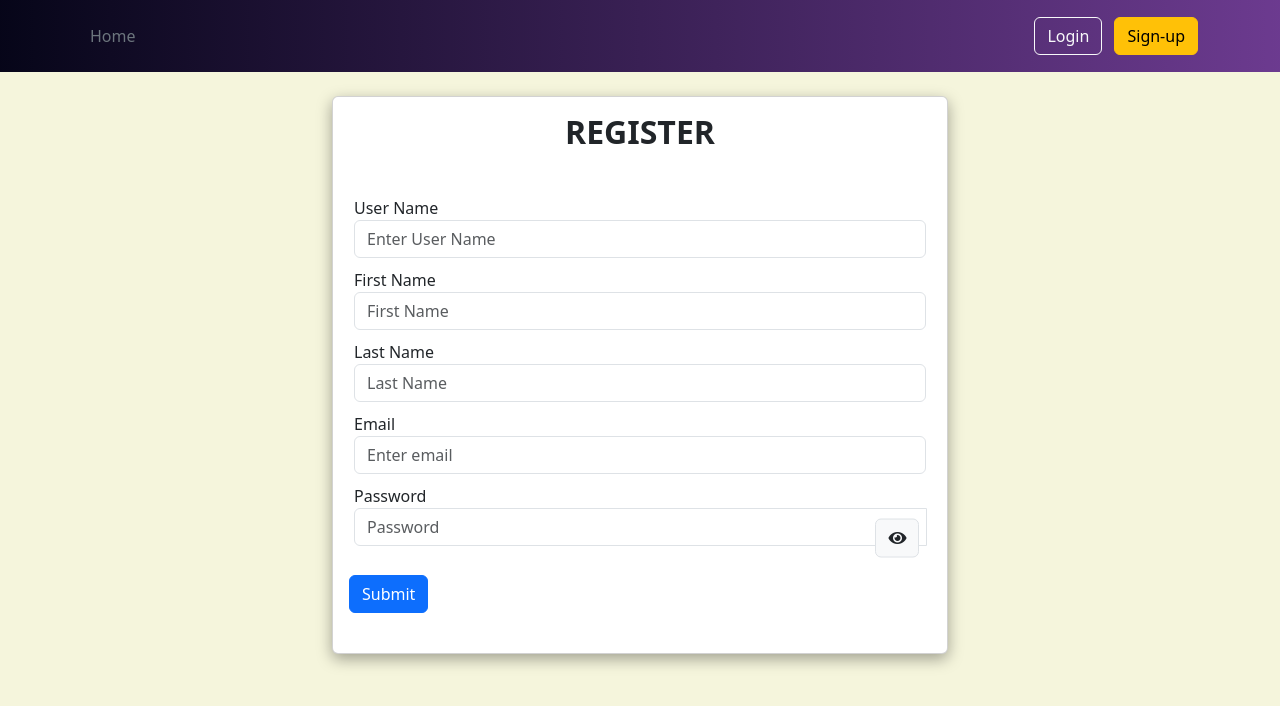
Repository: professorsourabh/php_membership
Page: http://localhost/MVC-Assignment/
The author's editor kept a copy of each file at every save. The page is drawn from the files as they stood at one save, then again after the next save.
The browser window is 1280 px wide. The pictures show the whole page.
Some web libraries are served in a nearby version. The page is run by PHP 8.4 with error messages shown; the project is at /var/www/html/.

Above is the page before, as saved 2023-07-09 15:40:06.

### index.php
<?php
session_start();
?>

<html lang="en">
<head>
    <meta charset="UTF-8">
    <meta name="viewport" content="width=device-width, initial-scale=1.0">
    <title>Assesment-Register</title>
    <link href="https://cdn.jsdelivr.net/npm/bootstrap@5.3.0/dist/css/bootstrap.min.css" rel="stylesheet" integrity="sha384-9ndCyUaIbzAi2FUVXJi0CjmCapSmO7SnpJef0486qhLnuZ2cdeRhO02iuK6FUUVM" crossorigin="anonymous">
    <link rel="stylesheet" href="https://cdnjs.cloudflare.com/ajax/libs/font-awesome/5.13.0/css/all.min.css">
    <link rel="stylesheet" href="index.css"></link>
</head>
<body>
    <header class="p-3 bg-dark text-white">
        <div class="container">
          <div class="d-flex flex-wrap align-items-center justify-content-center justify-content-lg-start">


            <ul class="nav col-12 col-lg-auto me-lg-auto mb-2 justify-content-center mb-md-0">
              <li><a href="#" class="nav-link px-2 text-secondary " >Home</a></li>

            </ul>

              <div class="text-end">
              <a type="button" class="btn btn-outline-light me-2" href="login.php">Login</a>
              <a type="button" class="btn btn-warning" href="index.php">Sign-up</a>
            </div>
          </div>
        </div>
      </header>
      <div class="container my-4 col-lg-6">
        <div class="card my-4" style="box-shadow: rgba(0, 0, 0, 0.35) 0px 5px 15px;">
            <div class="card-heading text-center my-3 mx-2">
                <h2 class="text-uppercase fw-bold">Register</h2>
            </div>
            <div class="card-body">
            <?php if (!empty($_SESSION['error_msg'])) { ?>
            <div class="error">
                <div class="alert alert-danger alert-dismissible fade show" role="alert">
                    <?php echo $_SESSION['error_msg']; ?>
                    <button type="button" class="btn-close" data-bs-dismiss="alert" aria-label="Close"></button>
                </div>
            </div>
            <?php
            unset($_SESSION['error_msg']);
        } ?>
         <?php if (!empty($_SESSION['success_msg'])) { ?>
            <div class="error">
                <div class="alert alert-success alert-dismissible fade show" role="alert">
                    <?php echo $_SESSION['success_msg']; ?>
                    <button type="button" class="btn-close" data-bs-dismiss="alert" aria-label="Close"></button>
                </div>
            </div>
            <?php
            unset($_SESSION['success_msg']);
        } ?>

        <form method="post" action="./controller/registerController.php">
            <div class="form-group">
                <label for="exampleInputusername">User Name</label>
                <input type="text" class="form-control" name="username" id="username" placeholder="Enter User Name">
              </div>

              <div class="form-group">
                <label for="exampleInputfirst_name">First Name</label>
                <input type="text" class="form-control" name="firstname" id="first_name" placeholder="First Name">
              </div>
              <div class="form-group">
                <label for="exampleInputlast_name">Last Name</label>
                <input type="text" name="lastname" class="form-control" id="last_name" placeholder="Last Name">
              </div>

            <div class="form-group">
              <label for="exampleInputEmail">Email</label>
              <input type="email" class="form-control" name="email" id="email"  placeholder="Enter email">

            </div>


            <div class="form-group">
    <label for="exampleInputPassword">Password</label>
    <div class="input-group">
        <input type="password" class="form-control" name="password" id="exampleInputPassword" placeholder="Password">
        <div class="input-group-append">
            <span class="input-group-text eye-icon" onclick="togglePasswordVisibility('password')">
                <i class="fas fa-eye"></i>
            </span>
        </div>
    </div>
</div>


            <button type="submit" class="btn btn-primary my-4">Submit</button>
          </form>

            </div>
        </div>

    </div>







    <script src="https://cdn.jsdelivr.net/npm/bootstrap@5.3.0/dist/js/bootstrap.bundle.min.js" integrity="sha384-geWF76RCwLtnZ8qwWowPQNguL3RmwHVBC9FhGdlKrxdiJJigb/j/68SIy3Te4Bkz" crossorigin="anonymous"></script>
    <script src="./public/project.js">

       </script>
  </body>
</html>

### index.css
*{
    padding: 0;
    margin: 0;
}

body{

    background-color: beige;
}
header{
    background: rgb(5,4,24);
    background: linear-gradient(90deg, rgba(5,4,24,0.9557072829131653) 0%, rgba(134,66,179,0.7400210084033614) 100%);
}
.registration-part{

    padding: 50px;

}
.text-cente{
    text-align: center;
}
div.form-group{
    padding: 5px;
}

span.eye-icon {


    position: absolute;
    height: 39px;
    top: 77%;
    left: 95%;
    transform: translate(-50%, -50%);
}

### public/project.js
function togglePasswordVisibility(inputId) {
    var input = document.getElementById(inputId);
    if (input.type === "password") {
        input.type = "text";
    } else {
        input.type = "password";
    }
}

After the next save:
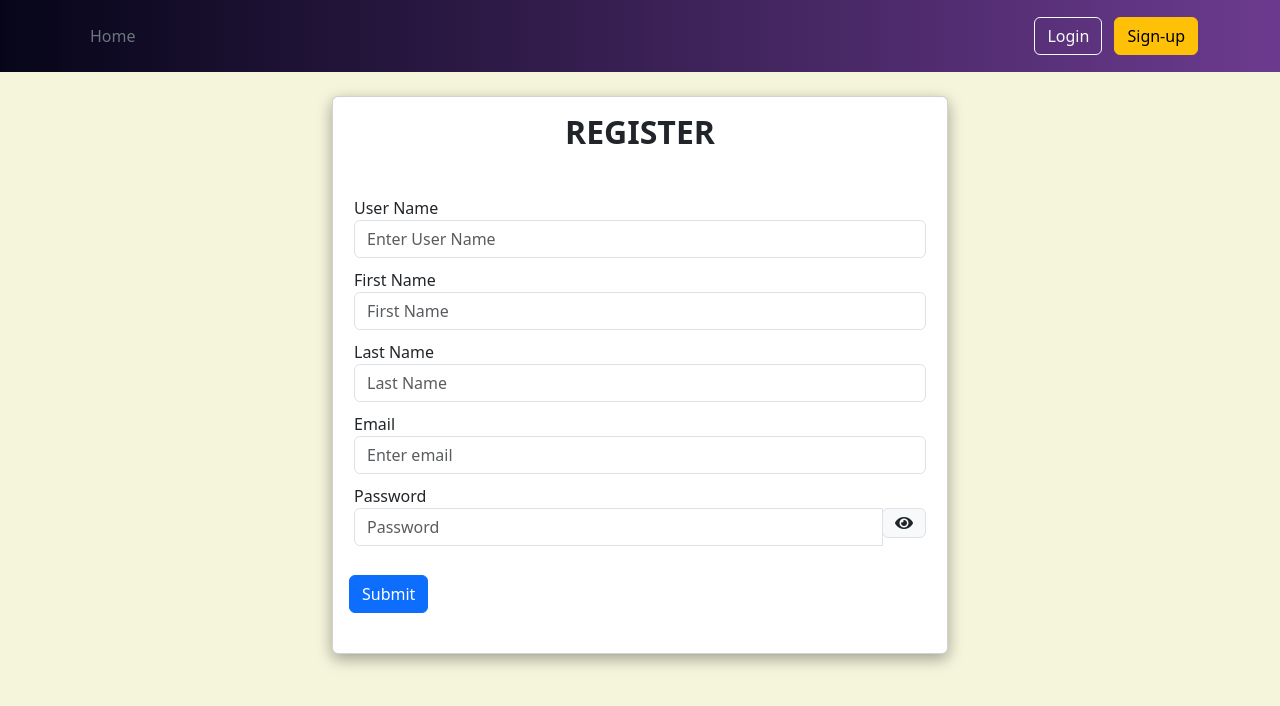
Saved 17 s later.
--- a/index.css
+++ b/index.css
@@ -26,9 +26,9 @@ div.form-group{
 span.eye-icon {
 
 
-    position: absolute;
-    height: 39px;
+    /* position: absolute; */
+    /* height: 39px;
     top: 77%;
     left: 95%;
-    transform: translate(-50%, -50%);
+    transform: translate(-50%, -50%); */
 }
